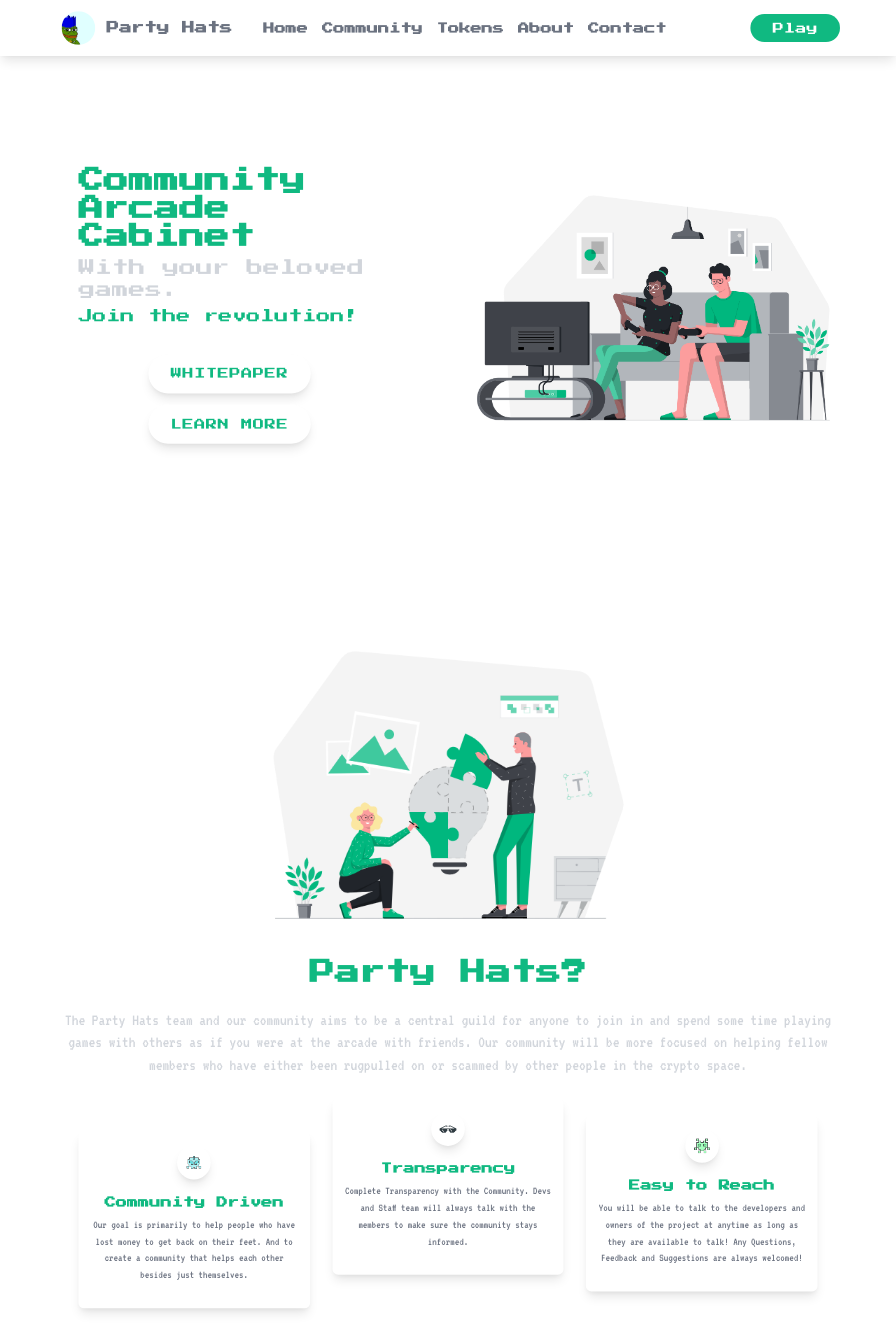
Repository: rhinorphan/phat-landing-page
Page: /
An editor plug-in stored every save of this project. The page is shown before and after the next save, followed by the edit.
The browser window is 1280 px wide. The pictures show the part of the page from y = 0 to 1920 px (the page is 4206 px tall before and 4190 px after), at 70% of full size.
The project was rebuilt for these pictures with package versions that can differ from the ones it lists, and the page was loaded fresh each time. Also part of the build but not shown: craco.config.js.

Above is the page before, as saved 2021-11-17 23:41:58.

### public/index.html
<!DOCTYPE html>
<html lang="en">
  <head>
    <meta charset="utf-8" />
    <link rel="icon" href="%PUBLIC_URL%/assets/images/server_icon.png" />
    <meta name="PHAT" content="width=device-width, initial-scale=1" />
    <meta name="theme-color" content="#000000" />
    <meta
      name="description"
      content="PHAT Landing Page"
    />
    <link rel="apple-touch-icon" href="%PUBLIC_URL%/assets/images/server_icon.png" />
    <!--
      manifest.json provides metadata used when your web app is installed on a
      user's mobile device or desktop. See https://developers.google.com/web/fundamentals/web-app-manifest/
    -->
    <link rel="manifest" href="%PUBLIC_URL%/manifest.json" />
    <!--
      Notice the use of %PUBLIC_URL% in the tags above.
      It will be replaced with the URL of the `public` folder during the build.
      Only files inside the `public` folder can be referenced from the HTML.

      Unlike "/favicon.ico" or "favicon.ico", "%PUBLIC_URL%/favicon.ico" will
      work correctly both with client-side routing and a non-root public URL.
      Learn how to configure a non-root public URL by running `npm run build`.
    -->
    <title>Party Hats</title>
  </head>
  <body>
    <noscript>You need to enable JavaScript to run this app.</noscript>
    <div id="root"></div>
    <!--
      This HTML file is a template.
      If you open it directly in the browser, you will see an empty page.

      You can add webfonts, meta tags, or analytics to this file.
      The build step will place the bundled scripts into the <body> tag.

      To begin the development, run `npm start` or `yarn start`.
      To create a production bundle, use `npm run build` or `yarn build`.
    -->
  </body>
</html>

### src/App.js
import logo from './logo.svg';
import './App.css';
import Header from './components/Header';
import Contact from './components/Contact';
import Landing from './components/Landing';
import Community from './components/Community';
import Tokens from './components/Tokens';
import About from './components/About';
import Footer from './components/Footer';

function App() {
  return (
    <div className="app">
        <Header />
        <div className="app__body">
          <Landing />
          <Community />
          <Tokens />
          <About />
          <Contact />
        </div>
        <Footer />
    </div>
  );
}

export default App;

### src/App.css
@import url('https://fonts.googleapis.com/css2?family=VT323&display=swap');
@import url('https://fonts.googleapis.com/css2?family=Press+Start+2P&family=VT323&display=swap');

.app {
  font-family: 'Press Start 2P', cursive;
}

.normalText {
  font-family: 'VT323', monospace;
}

.active {
  @apply py-4 px-2 text-green-500 border-b-4 border-green-500 font-semibold
}

.active2 {
  @apply block text-sm px-2 py-4 text-white bg-green-500 font-semibold
}

.nobull {
  list-style-type: none;
}

### src/components/Header.js
import React from 'react';
import { Link, animateScroll as scroll } from "react-scroll";

function Header() {

  const handleSubmit = (e) => {
    e.preventDefault();

		const menu = document.querySelector(".mobile-menu");

		menu.classList.toggle("hidden");
  }
  const scrollToTop = (e) => {
    scroll.scrollToTop();
  };

  return (
    <nav class="bg-white shadow-lg sticky top-0">
			<div class="max-w-6xl mx-auto px-4">
				<div class="flex justify-between">
					<div class="flex space-x-7">
						<div>
							<a href="" class="flex items-center py-4 px-2">
								<img src={`${process.env.PUBLIC_URL}/assets/images/server_icon.png`} alt="Logo" class="inline object-cover w-12 h-12 mr-4 rounded-full"/>
								<span onClick={scrollToTop}class="font-semibold text-gray-500 text-lg">Party Hats</span>
							</a>
						</div>
						<div class="hidden md:flex items-center space-x-1 nobull">
              <li><Link activeClass="active" className="py-4 px-2 text-gray-500 font-semibold hover:text-green-500 transition duration-300 cursor-pointer"
              to="landing" spy={true} smooth={true} duration={500}>Home</Link></li>
							<li><Link activeClass="active" className="py-4 px-2 text-gray-500 font-semibold hover:text-green-500 transition duration-300 cursor-pointer"
              to="community" spy={true} smooth={true} duration={500}>Community</Link></li>
              <li><Link activeClass="active" className="py-4 px-2 text-gray-500 font-semibold hover:text-green-500 transition duration-300 cursor-pointer"
              to="token" spy={true} smooth={true} duration={500}>Tokens</Link></li>
							<li><Link activeClass="active" className="py-4 px-2 text-gray-500 font-semibold hover:text-green-500 transition duration-300 cursor-pointer"
              to="about" spy={true} smooth={true} duration={500}>About</Link></li>
							<li><Link activeClass="active" className="py-4 px-2 text-gray-500 font-semibold hover:text-green-500 transition duration-300 cursor-pointer"
              to="contact" spy={true} smooth={true} duration={500}>Contact</Link></li>
						</div>
					</div>
					<div class="hidden md:flex items-center space-x-3 ">
						<a target="_blank" rel="noopener noreferrer" href="https://tetr.io/" class="py-2 px-8 font-medium text-white bg-green-500 hover:bg-green-400 transition duration-300 rounded-full">Play</a>
					</div>
					<div class="md:hidden flex items-center">
						<button class="outline-none mobile-menu-button" onClick={handleSubmit}>
						<svg class=" w-6 h-6 text-gray-500 hover:text-green-500 "
							x-show="!showMenu"
							fill="none"
							stroke-linecap="round"
							stroke-linejoin="round"
							stroke-width="2"
							viewBox="0 0 24 24"
							stroke="currentColor"
						>
							<path d="M4 6h16M4 12h16M4 18h16"></path>
						</svg>
					</button>
					</div>
				</div>
			</div>
			<div class="hidden mobile-menu">
				<ul class="">
					<li><Link activeClass="active2" className="block text-sm px-2 py-4 hover:bg-green-500 transition duration-300 hover:text-white cursor-pointer"
              to="landing" spy={true} smooth={true} duration={500}>Home</Link></li>
					<li><Link activeClass="active2" className="block text-sm px-2 py-4 hover:bg-green-500 transition duration-300 hover:text-white cursor-pointer"
              to="community" spy={true} smooth={true} duration={500}>Community</Link></li>
          <li><Link activeClass="active2" className="block text-sm px-2 py-4 hover:bg-green-500 transition duration-300 hover:text-white cursor-pointer"
              to="token" spy={true} smooth={true} duration={500}>Tokens</Link></li>
					<li><Link activeClass="active2" className="block text-sm px-2 py-4 hover:bg-green-500 transition duration-300 hover:text-white cursor-pointer"
              to="about" spy={true} smooth={true} duration={500}>About</Link></li>
					<li><Link activeClass="active2" className="block text-sm px-2 py-4 hover:bg-green-500 transition duration-300 hover:text-white cursor-pointer"
              to="contact" spy={true} smooth={true} duration={500}>Contact</Link></li>
				</ul>
			</div>
		</nav>
  )
}

export default Header

### src/components/Contact.js
import React from 'react'
import { Link, animateScroll as scroll } from "react-scroll";

function Contact() {

  return (
    <section
      className="text-gray-700 body-font h-100" name="contact">
        <div className="container px-5 py-24 mx-auto">
          <div className="flex flex-col text-center w-full mb-12">
            <h1 className="flex text-4xl  font-bold mb-8 text-green-500 justify-center">
              Contact Us
            </h1>
            <p className="lg:w-2/3 mx-auto leading-relaxed text-base normalText text-2xl">
            Neque porro quisquam est qui dolorem ipsum quia dolor sit amet, consectetur, adipisci velit.
            </p>
          </div>
          <div className="lg:w-1/2 md:w-2/3 mx-auto">
            <div className="flex flex-wrap -m-2">
              <div className="p-2 w-1/2">
                <div className="">
                  <label for="name" className="leading-7 text-sm text-gray-600">
                    Name
                  </label>
                  <input
                    type="text"
                    id="name"
                    name="name"
                    className="w-full bg-gray-100 rounded border border-gray-300 focus:border-green-500 text-base outline-none text-gray-700 py-1 px-3 leading-8 transition-colors duration-200 ease-in-out normalText"
                  />
                </div>
              </div>
              <div className="p-2 w-1/2">
                <div className="">
                  <label
                    for="email"
                    className="leading-7 text-sm text-gray-600"
                  >
                    Email
                  </label>
                  <input
                    type="email"
                    id="email"
                    name="email"
                    className="w-full bg-gray-100 rounded border border-gray-300 focus:border-green-500 text-base outline-none text-gray-700 py-1 px-3 leading-8 transition-colors duration-200 ease-in-out normalText"
                  />
                </div>
              </div>
              <div className="p-2 w-full">
                <div className="">
                  <label
                    for="message"
                    className="leading-7 text-sm text-gray-600"
                  >
                    Message
                  </label>
                  <textarea
                    id="message"
                    name="message"
                    className="w-full bg-gray-100 rounded border border-gray-300 focus:border-green-500 h-32 text-base outline-none text-gray-700 py-1 px-3 resize-none leading-6 transition-colors duration-200 ease-in-out normalText"
                  ></textarea>
                </div>
              </div>
              <div className="p-2 w-full">
                <button className="flex mx-auto py-2 px-8 font-medium text-white bg-green-500 rounded hover:bg-green-400 transition duration-300">
                  Send
                </button>
              </div>
            </div>
          </div>
        </div>
      </section>
  )
}

export default Contact

### src/components/Landing.js
import React from 'react'
import { Link, animateScroll as scroll } from "react-scroll";

function Landing() {
  return (
    <section className="grid text-center md:flex  items-center justify-center h-screen py-10 px-4" name="landing">
      <div class="mx-24">
        <h2 class="text-4xl  font-bold mb-2 text-green-500 md:text-left">
          Community Arcade Cabinet
        </h2>
        <h3 class="text-2xl mb-2 text-gray-300 md:text-left">
        With your beloved games.
        </h3>
        <h3 class="text-xl mb-8 text-green-500 md:text-left">
        Join the revolution!
        </h3>

        <button class="m-2 bg-white rounded-full py-4 px-8 shadow-lg uppercase tracking-wider text-green-500 hover:bg-green-400 transition duration-300 hover:text-white">
          <a target="_blank" rel="noopener noreferrer" href="https://lionell-moore.gitbook.io/crypto-party-hats/introductions/what-is-party-hats">Whitepaper</a>
        </button>
        <button class="m-2 bg-white rounded-full py-4 px-8 shadow-lg uppercase tracking-wider text-green-500 hover:bg-green-400 transition duration-300 hover:text-white">
          <a target="_blank" rel="noopener noreferrer" href="#"><Link activeClass="active"
              to="community" spy={true} smooth={true} duration={500}>Learn More</Link></a>
        </button>
      </div>
      <div className="w-full">
        <img src={`${process.env.PUBLIC_URL}/assets/images/landing.png`} alt="" className="h-full w-full"/>
      </div>
    </section>
  )
}

export default Landing

### src/components/Community.js
import React from 'react'

function Community() {
  return (
    <section className="grid md:grid place-items-center h-100 py-10 px-4" name="community">
      <div className="w-min-50">
        <img src={`${process.env.PUBLIC_URL}/assets/images/collab.png`} alt=""/>
      </div>
      <div class="mx-16 w-50">
        <h2 class="text-4xl  font-bold mb-8 text-green-500 text-center">
        Party Hats?
        </h2>
        <h3 class="flex text-2xl mb-2 text-gray-300 text-center normalText">
        The Party Hats team and our community aims to be a central guild for anyone to join in and spend some time playing games with others as if you were at the arcade with friends. Our community will be more focused on helping fellow members who have either been rugpulled on or scammed by other people in the crypto space.
        </h3>
        <section class="pb-10 bg-blueGray-200 mt-8">
        <div class="container mx-auto px-4">
          <div class="flex flex-wrap">
            <div class="lg:pt-12 pt-6 w-full md:w-4/12 px-4 text-center">
              <div class="flex flex-col min-w-0 break-words bg-white w-full mb-8 shadow-lg rounded-lg">
                <div class="px-4 py-5 flex-auto">
                  <div class="text-white p-3 text-center inline-flex items-center justify-center w-12 h-12 mb-5 shadow-lg rounded-full">
                  <img src={`${process.env.PUBLIC_URL}/assets/images/alien2.png`}class=""/>
                  </div>
                  <h6 class="text-l font-semibold text-green-500">Community Driven</h6>
                  <p class="mt-2 mb-4 text-gray-500 normalText">
                  Our goal is primarily to help people who have lost money to get back on their feet. And to create a community that helps each other besides just themselves.
                  </p>
                </div>
              </div>
            </div>
            <div class="w-full md:w-4/12 px-4 text-center">
              <div class="flex flex-col min-w-0 break-words bg-white w-full mb-8 shadow-lg rounded-lg">
                <div class="px-4 py-5 flex-auto">
                  <div class="text-white p-3 text-center inline-flex items-center justify-center w-12 h-12 mb-5 shadow-lg rounded-full bg-lightBlue-400">
                  <img src={`${process.env.PUBLIC_URL}/assets/images/geek.png`}class=""/>
                  </div>
                  <h6 class="text-l font-semibold text-green-500">Transparency</h6>
                  <p class="mt-2 mb-4 text-gray-500 normalText">
                  Complete Transparency with the Community.
                  Devs and Staff team will always talk with the members to make sure the community stays informed.
                  </p>
                </div>
              </div>
            </div>
            <div class="pt-6 w-full md:w-4/12 px-4 text-center">
              <div class="flex flex-col min-w-0 break-words bg-white w-full mb-8 shadow-lg rounded-lg">
                <div class="px-4 py-5 flex-auto">
                  <div class="text-white p-3 text-center inline-flex items-center justify-center w-12 h-12 mb-5 shadow-lg rounded-full bg-emerald-400">
                  <img src={`${process.env.PUBLIC_URL}/assets/images/alien1.png`}class=""/>
                  </div>
                  <h6 class="text-l font-semibold text-green-500">Easy to Reach</h6>
                  <p class="mt-2 mb-4 text-gray-500 normalText">
                  You will be able to talk to the developers and owners of the project at anytime as long as they are available to talk! Any Questions, Feedback and Suggestions are always welcomed!
                  </p>
                </div>
              </div>
            </div>
          </div>
        </div>
        </section>
      </div>
    </section>
  )
}

export default Community

### src/components/Tokens.js
import React from 'react'

function Tokens() {
  return (
    <section name="token" className="h-screen container px-5 py-24 mx-auto flex justify-center">
      <p className="text-4xl  font-bold mb-8 text-green-500 text-center ">Tokens</p>
    </section>
  )
}

export default Tokens

### src/components/About.js
import React from 'react'

// shadow-lg border border-gray-200 rounded-full overflow-hidden - picture TEAM div className

function About() {
  return (
    <section name="about" className="h-100 container px-5 py-24 mx-auto flex-col">
      <div>
        <p className="text-4xl  font-bold mb-8 text-green-500 text-center">Meet the Team</p>
      </div>
      <div class="flex flex-col sm:flex-row gap-4">

			<div class="flex flex-col items-center justify-center bg-white p-4 shadow rounded-lg">
				<div class="inline-flex h-40 w-40">
					<img src={`${process.env.PUBLIC_URL}/assets/images/team1.png`}
						 alt=""
						 class="h-full w-full"/>
				</div>

				<h2 class="mt-4 font-bold text-l">John Smith</h2>
				<h6 class="mt-2 text-md font-medium text-green-500 normalText">Founder</h6>

				<p class="text-sm text-gray-500 text-center mt-3 normalText">
					Lorem ipsum dolor sit amet, consectetur adipisicing elit. Ab enim molestiae nulla.
				</p>

				<ul class="flex flex-row mt-4 space-x-2">
					<li>
						<a href="" class="flex items-center justify-center h-8 w-8">
							<img src={`${process.env.PUBLIC_URL}/assets/images/fb.png`}class=""/>
						</a>
					</li>
					<li>
          <a href="" class="flex items-center justify-center h-8 w-8">
							<img src={`${process.env.PUBLIC_URL}/assets/images/twitter.png`}class=""/>
						</a>
					</li>
					<li>
          <a href="" class="flex items-center justify-center h-8 w-8">
							<img src={`${process.env.PUBLIC_URL}/assets/images/linkedin.png`}class=""/>
						</a>
					</li>
				</ul>
			</div>

			<div class="flex flex-col items-center justify-center bg-white p-4 shadow rounded-lg">
				<div class="inline-flex h-40 w-40">
					<img src={`${process.env.PUBLIC_URL}/assets/images/team2.png`}
						 alt=""
						 class="h-full w-full"/>
				</div>

				<h2 class="mt-4 font-bold text-l">Anna Bennett</h2>
				<h6 class="mt-2 text-md font-medium text-green-500 normalText">CFO</h6>

				<p class="text-sm text-gray-500 text-center mt-3 normalText">
					Lorem ipsum dolor sit amet, consectetur adipisicing elit. Ab enim molestiae nulla.
				</p>

				<ul class="flex flex-row mt-4 space-x-2">
					<li>
						<a href="" class="flex items-center justify-center h-8 w-8">
							<img src={`${process.env.PUBLIC_URL}/assets/images/fb.png`}class=""/>
						</a>
					</li>
					<li>
          <a href="" class="flex items-center justify-center h-8 w-8">
							<img src={`${process.env.PUBLIC_URL}/assets/images/twitter.png`}class=""/>
						</a>
					</li>
					<li>
          <a href="" class="flex items-center justify-center h-8 w-8">
							<img src={`${process.env.PUBLIC_URL}/assets/images/linkedin.png`}class=""/>
						</a>
					</li>
				</ul>
			</div>

			<div class="flex flex-col items-center justify-center bg-white p-4 shadow rounded-lg">
				<div class="inline-flex h-40 w-40">
					<img src={`${process.env.PUBLIC_URL}/assets/images/team3.png`}
						 alt=""
						 class="h-full w-full"/>
				</div>

				<h2 class="mt-4 font-bold text-l">Mary Taylor</h2>
				<h6 class="mt-2 text-md font-medium text-green-500 normalText">Marketing</h6>

				<p class="text-sm text-gray-500 text-center mt-3 normalText">
					Lorem ipsum dolor sit amet, consectetur adipisicing elit. Ab enim molestiae nulla.
				</p>

				<ul class="flex flex-row mt-4 space-x-2">
					<li>
						<a href="" class="flex items-center justify-center h-8 w-8">
							<img src={`${process.env.PUBLIC_URL}/assets/images/fb.png`}class=""/>
						</a>
					</li>
					<li>
          <a href="" class="flex items-center justify-center h-8 w-8">
							<img src={`${process.env.PUBLIC_URL}/assets/images/twitter.png`}class=""/>
						</a>
					</li>
					<li>
          <a href="" class="flex items-center justify-center h-8 w-8">
							<img src={`${process.env.PUBLIC_URL}/assets/images/linkedin.png`}class=""/>
						</a>
					</li>
				</ul>
			</div>

		</div>

    </section>
  )
}

export default About

### src/components/Footer.js
import React from 'react'

function Footer() {
  return (
    <div className="p-2 w-full pt-8 mt-8 border-t border-gray-200 text-center">
      <a className="text-green-500">example@email.com</a>
      <p className="text-xs my-5 text-gray-400">
      Copyright © CryptoPartyHats 2021
      </p>
      <div className="flex flex-row justify-center">
        <img src={`${process.env.PUBLIC_URL}/assets/images/tg.png`} alt="" className="h-8 w-8 mx-2 cursor-pointer"/>
        <img src={`${process.env.PUBLIC_URL}/assets/images/reddit.png`} alt="" className="h-8 w-8 mx-2 cursor-pointer"/>
        <img src={`${process.env.PUBLIC_URL}/assets/images/twitter.png`} alt="" className="h-8 w-8 mx-2 cursor-pointer"/>
        <img src={`${process.env.PUBLIC_URL}/assets/images/discord.png`} alt="" className="h-8 w-8 mx-2 cursor-pointer"/>
      </div>
    </div>
  )
}

export default Footer

Loaded but not shown: src/index.js (common file); src/index.css (common file); src/reportWebVitals.js (common file); tailwind.config.js (common file)

After the next save:
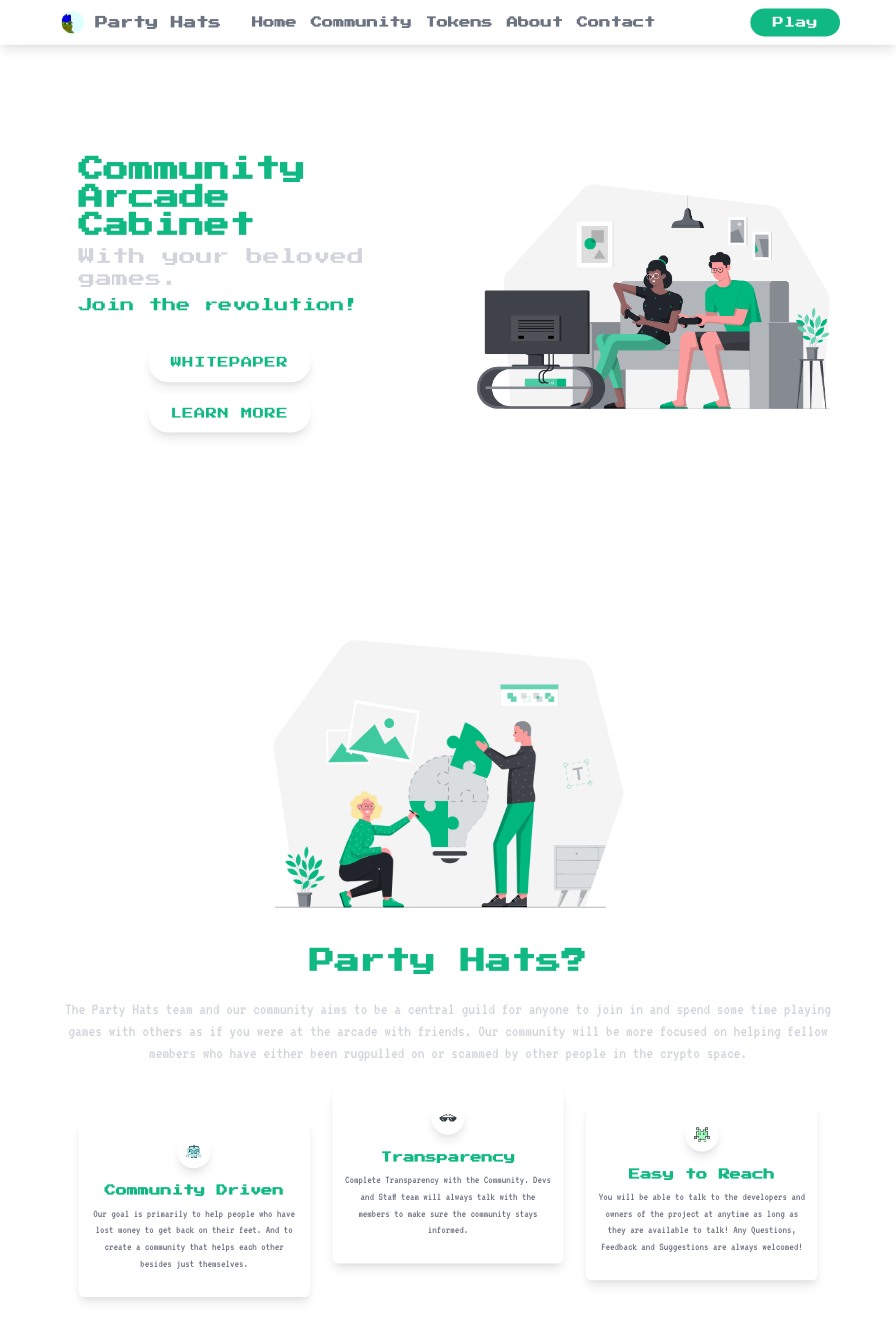
Saved 61 s later.
--- a/src/components/Header.js
+++ b/src/components/Header.js
@@ -21,7 +21,7 @@ function Header() {
 					<div class="flex space-x-7">
 						<div>
 							<a href="" class="flex items-center py-4 px-2">
-								<img src={`${process.env.PUBLIC_URL}/assets/images/server_icon.png`} alt="Logo" class="inline object-cover w-12 h-12 mr-4 rounded-full"/>
+								<img src={`${process.env.PUBLIC_URL}/assets/images/server_icon.png`} alt="Logo" class="inline object-cover w-8 h-18 mr-4 rounded-full"/>
 								<span onClick={scrollToTop}class="font-semibold text-gray-500 text-lg">Party Hats</span>
 							</a>
 						</div>
